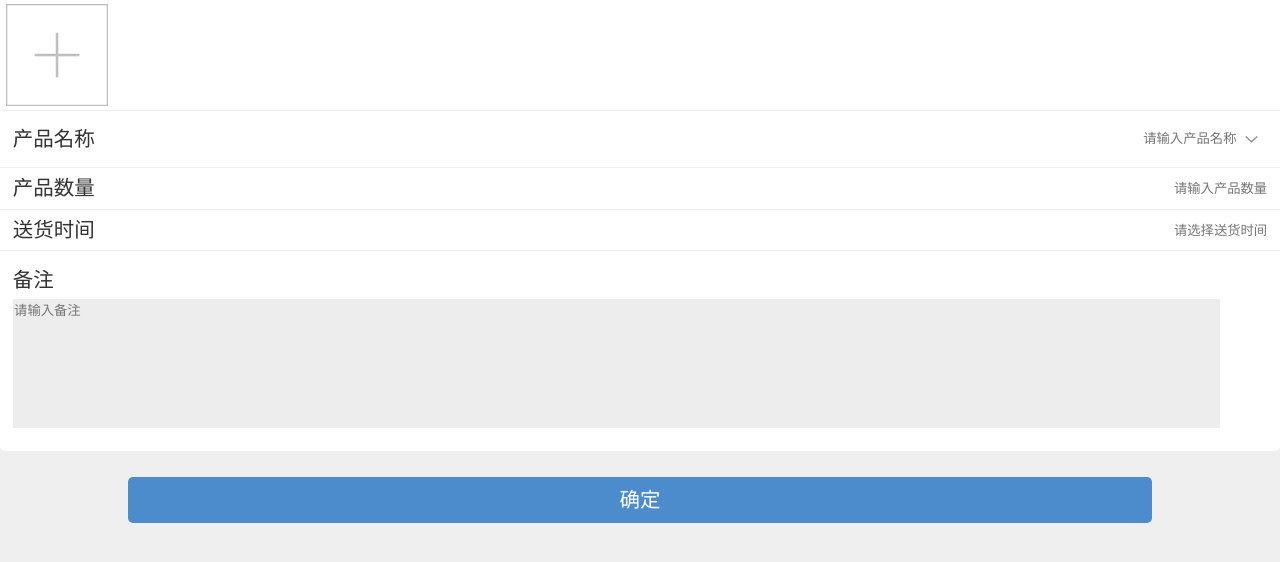
Repository: missing-star/produce
Page: Cbuyer.html
An editor plug-in stored every save of this project. The page is shown before and after the next save, followed by the edit.
The browser window is 1280 px wide. The pictures show the whole page.

Above is the page before, as saved 2019-05-21 11:48:22.

### Cbuyer.html
<!DOCTYPE html>
<html lang="en">

<head>
    <meta charset="UTF-8">
    <meta content="width=device-width, initial-scale=1.0, maximum-scale=1.0, user-scalable=0;" name="viewport" />
    <meta http-equiv="X-UA-Compatible" content="ie=edge">
    <title>采购订单</title>
    <link rel="stylesheet" href="css/base.css">
    <link rel="stylesheet" href="css/weui.min.css">
    <link rel="stylesheet" href="css/jquery-weui.min.css">
    <link rel="stylesheet" href="css/Cbuyer.css">
</head>

<body>
    <div id="app">
        <div class="buyer">
            <div class="buyer_wrap">
                <img class="buyer_img" @click="uploadEvent" :src="avter==''?'img/upload.png':avter" alt="">
                <input type="file" @change="uploadImg($event)" id="order-img" hidden>
            </div>
            <ul class="buyer_uu">
                <li>
                    <span>产品名称</span>
                    <div class="box">
                        <input type="text" v-model="title" placeholder="请输入产品名称" id="hh">
                        <!-- <span>请输入产品名称</span> -->
                        <!-- <span class="next" @click="select"></span> -->
                        <img  src="img/xia.png" class="dropdown-icon" id="title-select">
                        <!-- <select name="" id="">
                            <option>1</option>
                            <option>2</option>
                            <option>3</option>
                            <option>4</option>
                        </select> -->
                    </div>

                </li>
                <li>
                    <span>产品数量</span>
                    <div class="box">
                        <!-- <span>请输入产品数量</span> -->
                        <input v-model="number" type="number" placeholder="请输入产品数量" id="">
                        <!-- <img class="next" src="img/xia.png" alt=""> -->
                    </div>
                </li>
                <li>
                    <span>送货时间</span>
                    <div class="box">
                        <!-- <span>请输入产品数量</span> -->
                        <input v-model="deliveryTime" type="text" readonly placeholder="请选择送货时间" id="date-picker">
                        <!-- <img class="next" src="img/xia.png" alt=""> -->
                    </div>
                </li>
            </ul>
            <div class="buyer_text">
                <p>备注</p>
                <textarea placeholder="请输入备注" name="" id="" cols="30" rows="10"></textarea>
            </div>
        </div>

        <div @click="addOrder" class="edit_btn">确定</div>
    </div>
</body>

</html>
<script src="js/jquery.min.js"></script>
<script src="js/vue.js"></script>
<script src="js/weui.min.js"></script>
<script src="js/api.js"></script>
<script src="js/jquery.combo.select.js"></script>
<script src="js/Cbuyer.js"></script>

### css/base.css
/* http://meyerweb.com/eric/tools/css/reset/
   v2.0 | 20110126
   License: none (public domain)
*/

html,
body,
div,
span,
applet,
object,
iframe,
h1,
h2,
h3,
h4,
h5,
h6,
p,
blockquote,
pre,
a,
abbr,
acronym,
address,
big,
cite,
code,
del,
dfn,
em,
img,
ins,
kbd,
q,
s,
samp,
small,
strike,
strong,
sub,
sup,
tt,
var,
b,
u,
i,
center,
dl,
dt,
dd,
ol,
ul,
li,
fieldset,
form,
label,
legend,
table,
caption,
tbody,
tfoot,
thead,
tr,
th,
td,
article,
aside,
canvas,
details,
embed,
figure,
figcaption,
footer,
header,
hgroup,
menu,
nav,
output,
ruby,
section,
summary,
time,
mark,
audio,
video {
    margin: 0;
    padding: 0;
    border: 0;
    font-size: 100%;
    font: inherit;
    vertical-align: baseline;
}

/* HTML5 display-role reset for older browsers */
article,
aside,
details,
figcaption,
figure,
footer,
header,
hgroup,
menu,
nav,
section {
    display: block;
}

body {
    line-height: 1;
}

ol,
ul {
    list-style: none;
}

blockquote,
q {
    quotes: none;
}

blockquote:before,
blockquote:after,
q:before,
q:after {
    content: '';
    content: none;
}

table {
    border-collapse: collapse;
    border-spacing: 0;
}


body,
html {
    font-size: calc(100vw / 3.75);
    background: #efefef;
    font-family: PingFangSC-Regular;
}


[v-cloak] {
    display: none;
}


hr {
    margin: 0;
    padding: 0;
}

/* .container {
    width: 90%;
    max-width: 1200px;
    margin: 0 auto;
} */

.toast-tips {
    width: 36%;
    background: #323232;
    color: #fff;
    font-size: 12px;
    position: fixed;
    padding: 8px 20px;
    border-radius: 5px;
    left: 32%;
    bottom: 50%;
    text-align: center;
    box-sizing: border-box;
    line-height: 1.5;
}

input::-webkit-outer-spin-button,
input::-webkit-inner-spin-button {
    -webkit-appearance: none;
}

input[type="number"] {
    -moz-appearance: textfield;
}
*{
    touch-action: none;
}

### css/Cbuyer.css
.buyer {
    width: 100%;
    background: rgba(255, 255, 255, 1);
    border-radius: 0px 0px 5px 5px;
}

.buyer_wrap {
    padding: 0.16rem 0 0.13rem 0.22rem;
    line-height: 0;
}

.buyer_img {
    width: 4rem;
    height: 4rem;
}

.buyer_uu li {
    font-size: 0.8rem;
    border-top: 1px solid #EDEDED;
    display: flex;
    align-items: center;
    justify-content: space-between;
    padding: 0.5rem;
    line-height: 0.4rem;
    color: #333333;
}

.box {
    display: flex;
    align-items: center;
    justify-content: flex-end;
}

.box>input {
    text-align: right;
    border: 0;
    outline: none;
    background: transparent;
    color: #868686;
}

.next {
    display: block;
    width: 0.3rem;
    height: 0.3rem;
    background: url(../img/xia.png)no-repeat;
    background-size: 100% 100%;
    line-height: 0.3rem;
}

.buyer_text {
    font-size: 0.8rem;
    color: #333333;
    padding: 0.5rem;
    border-top: 1px solid #EDEDED;
}

textarea {
    width: 96%;
    height: 5rem;
    background: rgba(237, 237, 237, 1);
    border-radius: 0.05rem;
    margin-top: 0.08rem;
    border: 0;
    resize: none;
    outline: none;
    padding: 0.03rem 0.05rem;
}

.edit_btn {
    width: 80%;
    height: 1.8rem;
    background: rgba(76, 139, 204, 1);
    border-radius: 5px;
    font-size: 0.8rem;
    color: rgba(255, 255, 255, 1);
    text-align: center;
    line-height: 1.8rem;
    margin: 1rem auto;
}

#Svalue {
    width: 0.3rem;
    height: 0.3rem;
    background: url(../img/xia.png)no-repeat;
    background-size: 100% 100%;
    /* color: transparent; */
}
img.dropdown-icon {
    width: 1.2rem;
}
.toolbar .picker-button{
    color: rgba(76, 139, 204, 1);
}

### js/api.js
var api = "http://caigou.pzhkj.cn"




function getUrlKey(name) {
    return decodeURIComponent((new RegExp('[?|&]' + name + '=' + '([^&;]+?)(&|#|;|$)').exec(location.href) || [, ""])[1].replace(/\+/g, '%20')) || null
}

// 信息提示框
function toast(msg) {
    var toastWrapper = '<div class="toast-tips">'+msg+'</div>';
    $('body').append(toastWrapper);
    setTimeout(function() {
        $('.toast-tips').fadeOut(1000);
        setTimeout(function(){
        $('.toast-tips').remove();
        }, 1000);
    }, 500);
}
// 混入过滤器
Vue.mixin({
    filters:{
        filterImg(url) {
            return api+url;
        }
    }
});

### js/Cbuyer.js
var xm = new Vue({
    el: "#app",
    data: {
        avter: '',
        title: '',
        number: '',
        deliveryTime: ''
    },
    methods: {
        uploadEvent() {
            // 点击上传文件事件
            $('#order-img').click();
        },
        uploadImg(e) {
            var formData = new FormData();
            formData.append('file', e.target.files[0]);
            formData.append('token',sessionStorage.getItem('token'));
            // 上传图片
            $.ajax({
                url: api + '/api/common/upload',
                type: 'post',
                async: false,
                contentType: false,
                processData: false,
                data: formData,
                success: function (data) {

                },
                error: function () {
                    toast('服务器异常');
                }
            });
        },
        addOrder() {
            var regNum = /^[1-9]+([0-9]?)$/;
            if (this.title.trim() == '') {
                toast('请输入名称!');
                return;
            } else if (!regNum.test(this.number)) {
                toast('请输入正确的数量!');
                return;
            } else if (this.deliveryTime == '') {
                toast('请选择日期!');
                return;
            }
            // 上传采购记录
            $.post(api + '/api/purchase/creOrder', {
                    product_name: this.title,
                    // 商品数量
                    qty: 1,
                    product_image: '',
                    delivery_at: ''
                }, function (data) {

                }, 'json')
                .fail(function (err) {
                    toast('服务器异常!');
                });
        }

    },
    created() {
        this.$nextTick(() => {
            // 日期组件
            $("#date-picker").datetimePicker({
                onChange: (res) => {
                    this.deliveryTime = res.value[0] + '-' + res.value[1] +
                        ' ' + res.value[2] + ':' + res.value[3] + ':' + res.value[4];
                }
            });
            // 下拉列表组件
            $("#title-select").picker({
                title: "产品名称",
                cols: [{
                    textAlign: 'center',
                    values: ['iPhone 4', 'iPhone 4S', 'iPhone 5', 'iPhone 5S', 'iPhone 6', 'iPhone 6 Plus', 'iPad 2', 'iPad Retina', 'iPad Air', 'iPad mini', 'iPad mini 2', 'iPad mini 3']
                }],
                onChange: (res) => {
                    if (res.value) {
                        this.title = res.value[0];
                    }
                }
            });
        });
    }
});




$(function () {
    $('select').comboSelect();

    $('.show').on('click', function (e) {
        $('select').focus();
        e.preventDefault();
    });

    $('.show').on('click', function (e) {
        $('select').trigger('comboselect:close');
        e.preventDefault();
    });
});

Loaded but not shown: css/weui.min.css (library); css/jquery-weui.min.css (library); js/jquery.min.js (library); js/vue.js (library); js/weui.min.js (library); js/jquery.combo.select.js (library)

After the next save:
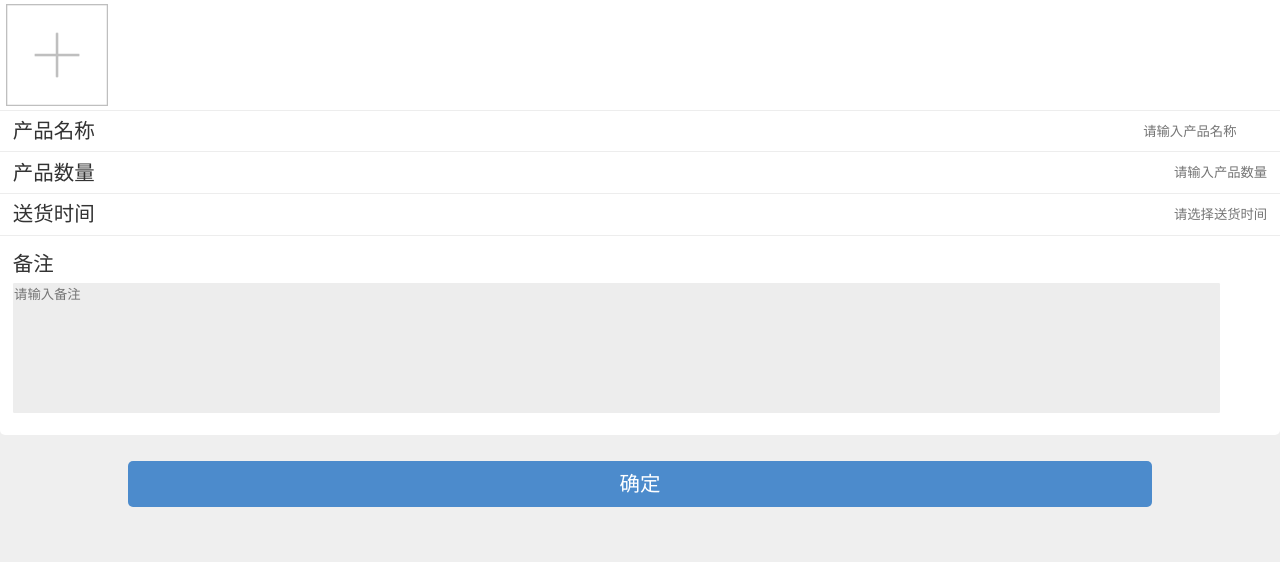
Saved 19 s later.
--- a/Cbuyer.html
+++ b/Cbuyer.html
@@ -26,7 +26,7 @@
                         <input type="text" v-model="title" placeholder="请输入产品名称" id="hh">
                         <!-- <span>请输入产品名称</span> -->
                         <!-- <span class="next" @click="select"></span> -->
-                        <img  src="img/xia.png" class="dropdown-icon" id="title-select">
+                        <img :src="avter" class="dropdown-icon" id="title-select">
                         <!-- <select name="" id="">
                             <option>1</option>
                             <option>2</option>

After the save that followed:
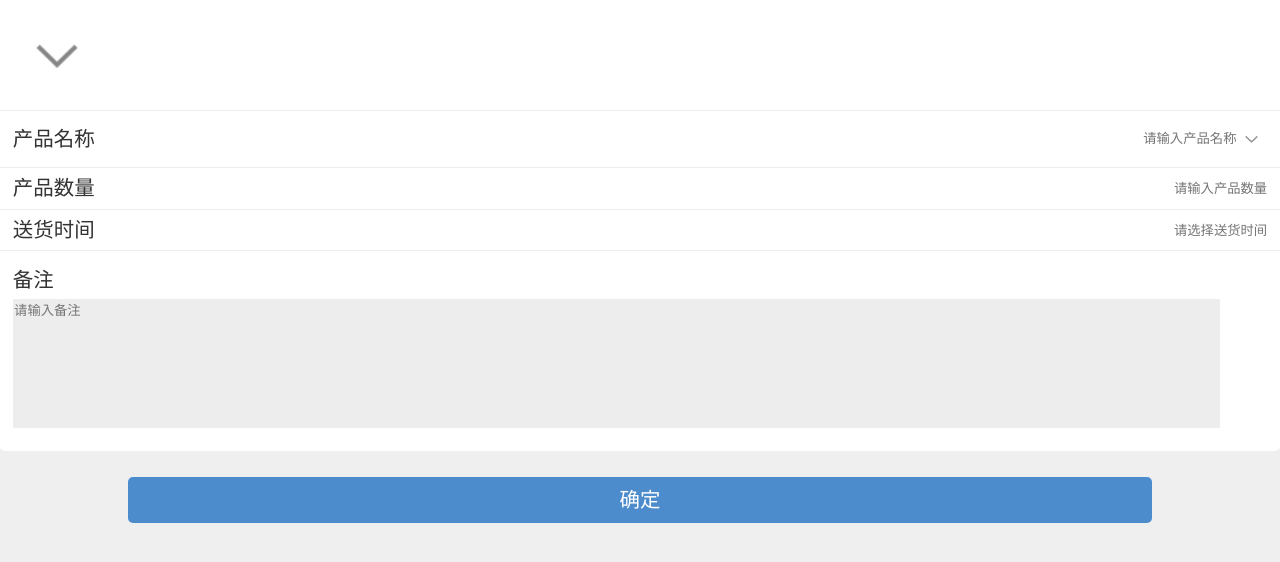
Saved 4 s later.
--- a/js/Cbuyer.js
+++ b/js/Cbuyer.js
@@ -1,7 +1,7 @@
 var xm = new Vue({
     el: "#app",
     data: {
-        avter: '',
+        avter: 'img/xia.png',
         title: '',
         number: '',
         deliveryTime: ''
